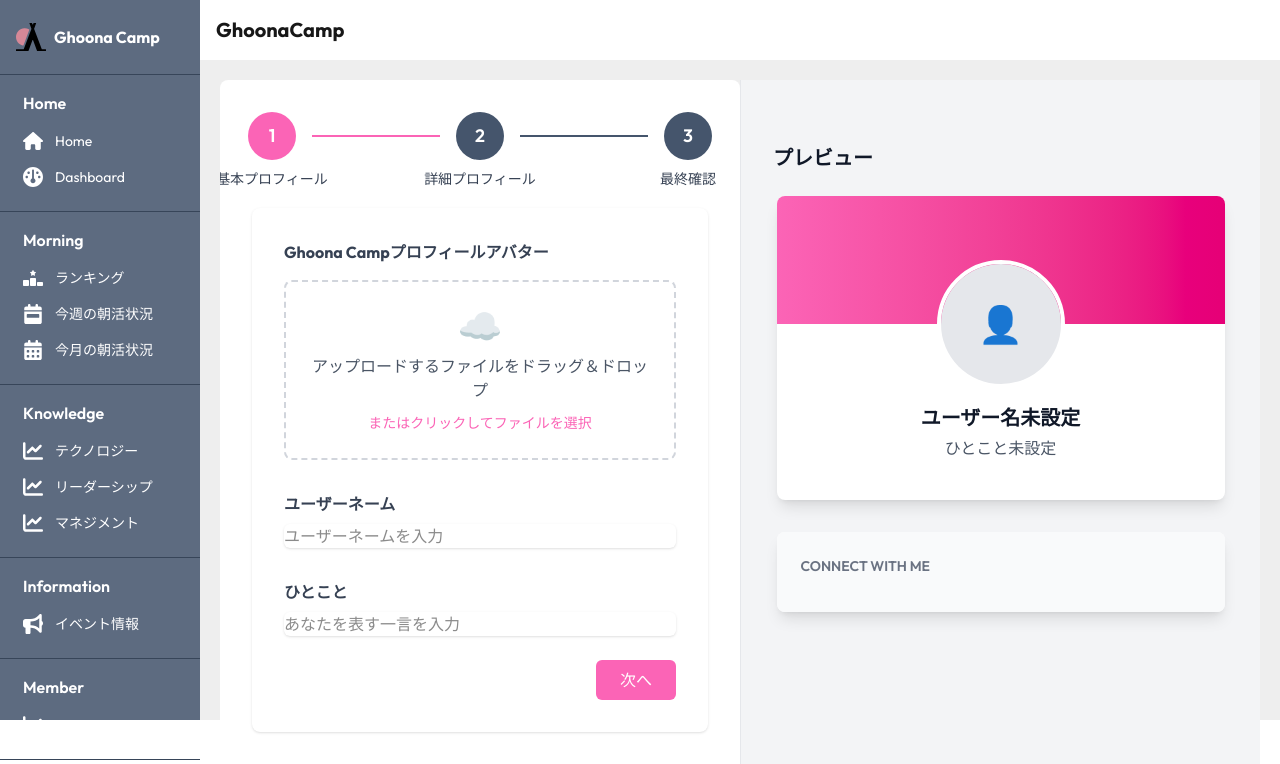
Repository: ShotaGhoona/ghoonacamp_platform
Page: /setting/profile
These files come from the project's save history. The page is drawn as it stood at one moment and after a run of saves; the edit follows.
The browser window is 1280 px wide. The pictures show the whole page.
The page's requests for data from a server got no answer. The project was rebuilt for these pictures with package versions that can differ from the ones it lists, and the page was loaded fresh each time. Some packages were replaced by stand-ins written for this rebuild. The framework's server and built-in components were replaced by stand-ins that run in the browser. No one was signed in, and anything a server would have sent is missing. Also part of the build but not shown: next.config.js, src/features/setting/profile/display/DetailProfileForm.tsx, src/features/setting/profile/display/ConfirmationView.tsx.

Above is the page before, as saved 2025-04-29 13:47:27.

After the next 2 saves:
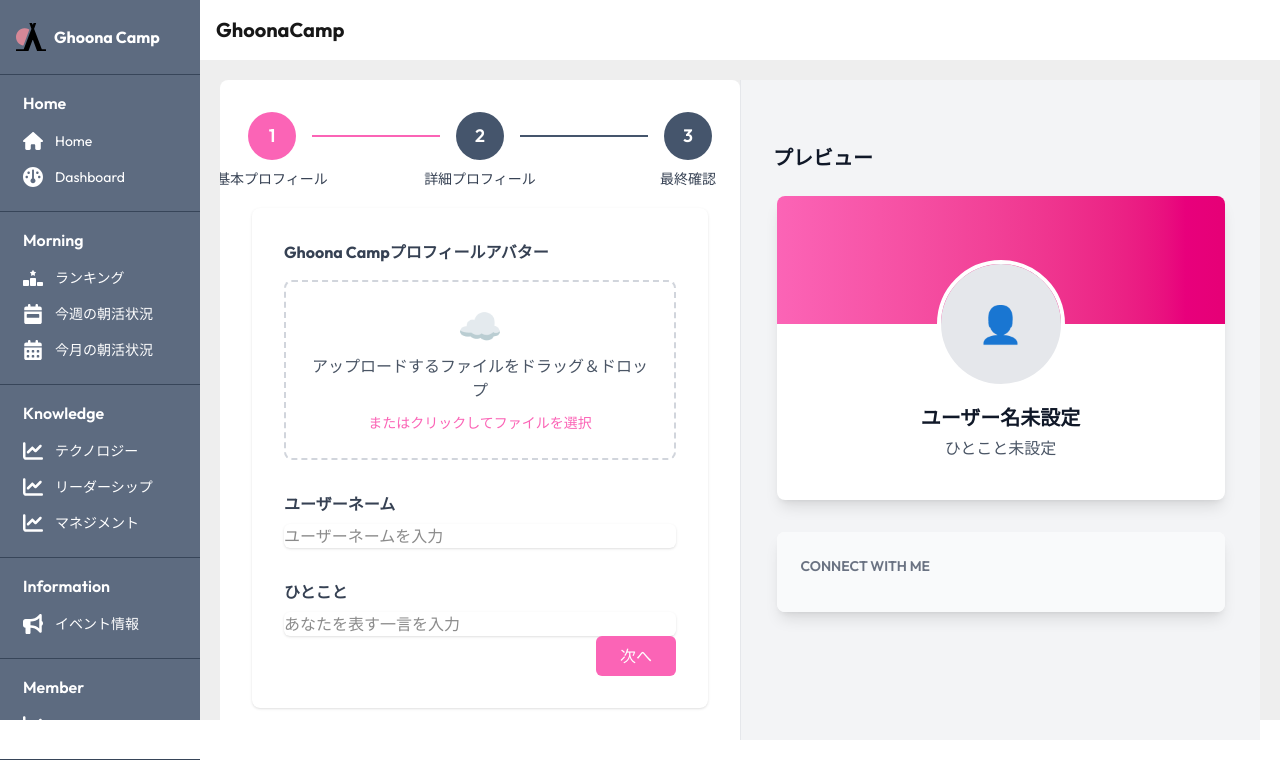
The 2 saves are shown as one change because they came seconds apart.
The last was saved 91 s later.
--- a/src/features/setting/profile/display/BasicProfileForm.tsx
+++ b/src/features/setting/profile/display/BasicProfileForm.tsx
@@ -17,7 +17,7 @@ export const BasicProfileForm = ({
   onNext,
 }: BasicProfileFormProps) => {
   return (
-    <div className="space-y-6">
+    <div className="flex flex-col">
 
       <div className="space-y-8">
         {/* アバターアップロード */}
